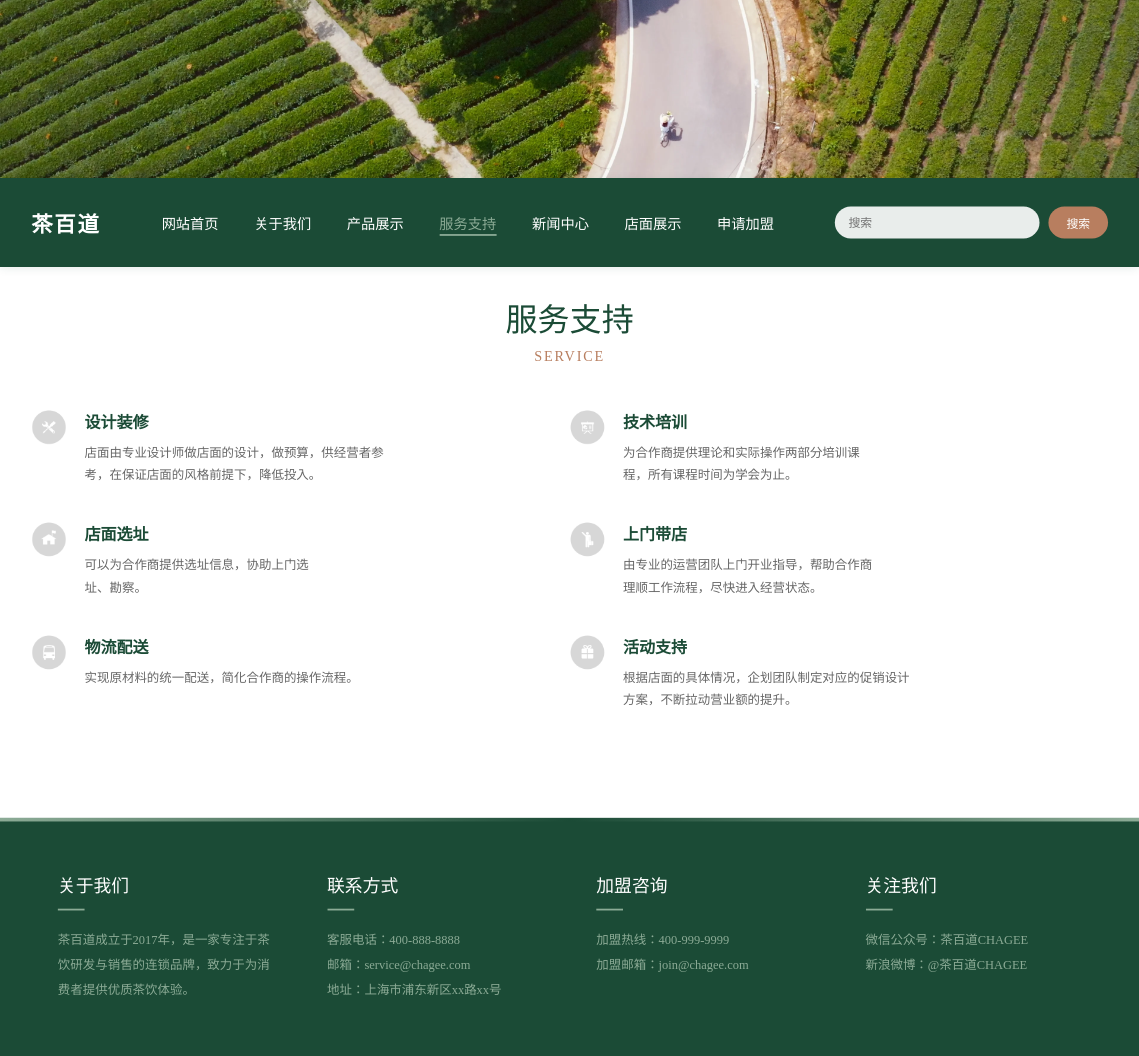
Repository: huang-heavenly-Emperor/chabaidao
Page: service.html
These files come from the project's save history. The page is drawn as it stood at one moment and after the next save; the edit follows.
The browser window is 1280 px wide. The pictures show the whole page, at 89% of full size.

Above is the page before, as saved 2024-12-13 19:24:12.

### service.html
<!DOCTYPE html>
<html>
<head>
    <meta charset="UTF-8">
    <title>服务支持 - 茶百道</title>
    <link rel="stylesheet" href="css/common.css">
    <link rel="stylesheet" href="css/pages/service.css">
</head>
<body>
    <div class="container">
        <!-- 头部区域 -->
        <div class="header">
            <div class="top-banner">
                <img src="./images/common/header-bg.webp" alt="顶部横幅">
            </div>
            <div class="nav">
                <div class="nav-content">
                    <div class="logo">
                        <h1>茶百道</h1>
                    </div>
                    <ul class="nav-list">
                        <li><a href="./index.html">网站首页</a></li>
                        <li><a href="./about.html">关于我们</a></li>
                        <li><a href="./products.html">产品展示</a></li>
                        <li><a href="./service.html" class="active">服务支持</a></li>
                        <li><a href="./news.html">新闻中心</a></li>
                        <li><a href="./stores.html">店面展示</a></li>
                        <li><a href="./join.html">申请加盟</a></li>
                    </ul>
                    <div class="search">
                        <input type="text" placeholder="搜索">
                        <button>搜索</button>
                    </div>
                </div>
            </div>
        </div>

        <!-- 主要内容 -->
        <div class="main">
            <div class="service-title">
                <h2>服务支持</h2>
                <p>SERVICE</p>
            </div>

            <div class="service-content">
                <ul class="service-left">
                    <li class="dian1">
                        <h3>设计装修</h3>
                        <span>店面由专业设计师做店面的设计，做预算，供经营者参<br>考，在保证店面的风格前提下，降低投入。</span>
                    </li>
                    <li class="dian2">
                        <h3>店面选址</h3>
                        <span>可以为合作商提供选址信息，协助上门选<br>址、勘察。</span>
                    </li>
                    <li class="dian3">
                        <h3>物流配送</h3>
                        <span>实现原材料的统一配送，简化合作商的操作流程。</span>
                    </li>
                </ul>

                <ul class="service-right">
                    <li class="dian4">
                        <h3>技术培训</h3>
                        <span>为合作商提供理论和实际操作两部分培训课<br>程，所有课程时间为学会为止。</span>
                    </li>
                    <li class="dian5">
                        <h3>上门带店</h3>
                        <span>由专业的运营团队上门开业指导，帮助合作商<br>理顺工作流程，尽快进入经营状态。</span>
                    </li>
                    <li class="dian6">
                        <h3>活动支持</h3>
                        <span>根据店面的具体情况，企划团队制定对应的促销设计<br>方案，不断拉动营业额的提升。</span>
                    </li>
                </ul>
            </div>
        </div>

        <!-- 底部区域 -->
        <div class="footer">
            <div class="footer-content">
                <div class="footer-section">
                    <h3>关于我们</h3>
                    <p>茶百道成立于2017年，是一家专注于茶饮研发与销售的连锁品牌，致力于为消费者提供优质茶饮体验。</p>
                </div>
                <div class="footer-section">
                    <h3>联系方式</h3>
                    <p>客服电话：400-888-8888</p>
                    <p>邮箱：service@chagee.com</p>
                    <p>地址：上海市浦东新区xx路xx号</p>
                </div>
                <div class="footer-section">
                    <h3>加盟咨询</h3>
                    <p>加盟热线：400-999-9999</p>
                    <p>加盟邮箱：join@chagee.com</p>
                </div>
                <div class="footer-section">
                    <h3>关注我们</h3>
                    <p>微信公众号：茶百道CHAGEE</p>
                    <p>新浪微博：@茶百道CHAGEE</p>
                </div>
            </div>
        </div>

        <!-- 返回顶部按钮 -->
        <div class="back-top"></div>
    </div>
    <script src="js/back-to-top.js"></script>
</body>
</html>

### css/common.css
/* 默认样式重置 */
* {
    margin: 0;
    padding: 0;
}

body {
    font-size: 16px;
    color: #333;
    background: #fff;
}

img {
    border: none;
}

ul, li {
    list-style: none;
}

a {
    text-decoration: none;
    color: #333;
}

h1, h2, h3, h4, h5, h6 {
    font-weight: normal;
}



/* 通用标题样式 */
.section-title {
    text-align: center;
    padding: 50px 0 30px;
    position: relative;
    display: flex;
    align-items: center;
    justify-content: center;
    flex-direction: column;
}

.section-title h2 {
    font-size: 32px;
    color: #1B4B36;
    margin-bottom: 10px;
    font-weight: bold;
}

.section-title .en-title {
    color: #8CAB96;
    font-size: 16px;
    letter-spacing: 2px;
    text-transform: uppercase;
    position: relative;
    display: flex;
    align-items: center;
    padding: 0 20px;
}

.section-title .en-title:before,
.section-title .en-title:after {
    content: '';
    height: 1px;
    width: 100px;
    background: #B87E5F;
    margin: 0 20px;
}

/* 调整各个部分的标题内边距 */
.about-section .section-title,
.story-section .section-title,
.advantage-section .section-title,
.products-section .section-title,
.news-section .section-title,
.join-section .section-title {
    padding-top: 0;
}



/* 头部样式 */
.header {
    width: 100%;
}

.top-banner {
    width: 100%;
    height: 200px;
    overflow: hidden;
}

.top-banner img {
    width: 100%;
    height: 100%;
    object-fit: cover;
}

.nav {
    width: 100%;
    height: 100px;
    background: #1B4B36;
    position: sticky;
    top: 0;
    z-index: 100;
    box-shadow: 0 2px 10px rgba(27, 75, 54, 0.1);
}

.nav-content {
    width: 1210px;
    margin: 0 auto;
    display: flex;
    justify-content: space-between;
    align-items: center;
    height: 100%;
}

.logo {
    color: #fff;
}

.logo h1 {
    font-size: 24px;
    font-weight: bold;
    letter-spacing: 2px;
}

.nav-list {
    display: flex;
    list-style: none;
}

.nav-list li a {
    color: #fff;
    text-decoration: none;
    padding: 0 20px;
    font-size: 16px;
    transition: all 0.3s;
    position: relative;
}

.nav-list li a:hover,
.nav-list li a.active {
    color: #8CAB96;
}

.nav-list li a:after {
    content: '';
    position: absolute;
    bottom: -5px;
    left: 50%;
    transform: translateX(-50%);
    width: 0;
    height: 2px;
    background: #8CAB96;
    transition: width 0.3s;
}

.nav-list li a:hover:after,
.nav-list li a.active:after {
    width: calc(100% - 40px);
}

.nav-list li a.active {
    font-weight: 500;
}

.search {
    display: flex;
    align-items: center;
}

.search input {
    width: 200px;
    height: 36px;
    padding: 0 15px;
    border: none;
    border-radius: 18px;
    outline: none;
    background: rgba(255, 255, 255, 0.9);
}

.search button {
    height: 36px;
    padding: 0 20px;
    margin-left: 10px;
    border: none;
    border-radius: 18px;
    background: #B87E5F;
    color: #fff;
    cursor: pointer;
    transition: background 0.3s;
}

.search button:hover {
    background: #9a6547;
}

/* 底部样式 */
.footer {
    background: #1B4B36;
    padding: 60px 0;
    margin-top: 50px;
    position: relative;
}

.footer:before {
    content: '';
    position: absolute;
    top: 0;
    left: 0;
    width: 100%;
    height: 4px;
    background: linear-gradient(90deg, #8CAB96, #1B4B36, #8CAB96);
}

.footer-content {
    width: 1210px;
    margin: 0 auto;
    display: flex;
    justify-content: space-between;
}

.footer-section {
    flex: 1;
    padding: 0 30px;
}

.footer-section h3 {
    color: #fff;
    font-size: 20px;
    margin-bottom: 20px;
    position: relative;
    padding-bottom: 15px;
}

.footer-section h3:after {
    content: '';
    position: absolute;
    bottom: 0;
    left: 0;
    width: 30px;
    height: 2px;
    background: #8CAB96;
    transition: width 0.3s;
}

.footer-section:hover h3:after {
    width: 50px;
}

.footer-section p {
    color: #8CAB96;
    line-height: 2;
    font-size: 14px;
}

/* 返回顶部按钮 */
.back-top {
    position: fixed;
    right: 40px;
    bottom: 40px;
    width: 50px;
    height: 50px;
    background: #b87e5f;
    color: #fff;
    text-align: center;
    line-height: 50px;
    border-radius: 50%;
    cursor: pointer;
    transition: all 0.3s;
    opacity: 0;
    visibility: hidden;
    z-index: 999;
    font-size: 20px;
    box-shadow: 0 2px 10px rgba(0,0,0,0.1);
}

.back-top:hover {
    background: #9a6547;
    transform: translateY(-5px);
}

.back-top.show {
    opacity: 1;
    visibility: visible;
}

.back-top:after {
    content: '↑';
    display: block;
    color: #fff;
    font-size: 20px;
    line-height: 50px;
}

### css/pages/service.css
/* 主要内容 */
.main {
    width: 1210px;
    margin: 0 auto;
    padding: 30px 0;
}

/* 标题样式 */
.service-title {
    text-align: center;
    margin-bottom: 50px;
}

.service-title h2 {
    font-size: 36px;
    color: #1B4B36;
    margin-bottom: 10px;
}

.service-title p {
    color: #B87E5F;
    font-size: 16px;
    letter-spacing: 2px;
}

/* 服务内容 */
.service-content {
    width: 100%;
    overflow: hidden;
}

.service-left, .service-right {
    width: 50%;
    float: left;
}

/* 服务项目样式 */
.service-left li, .service-right li {
    margin-bottom: 40px;
    padding-left: 60px;
    position: relative;
    min-height: 50px;
}

/* 图标样式 */
.dian1, .dian2, .dian3, .dian4, .dian5, .dian6 {
    background-repeat: no-repeat;
    background-position: left top;
    background-size: 40px;
}

.dian1 { background-image: url('../../images/service/dian1.png'); }
.dian2 { background-image: url('../../images/service/hdian2.png'); }
.dian3 { background-image: url('../../images/service/dian3.png'); }
.dian4 { background-image: url('../../images/service/dian4.png'); }
.dian5 { background-image: url('../../images/service/dian5.png'); }
.dian6 { background-image: url('../../images/service/dian6.png'); }

/* 文字样式 */
.service-left li h3, .service-right li h3 {
    font-size: 18px;
    color: #1B4B36;
    margin-bottom: 10px;
    font-weight: bold;
}

.service-left li span, .service-right li span {
    color: #666;
    line-height: 1.8;
    font-size: 14px;
    display: block;
}

### js/back-to-top.js
// 获取返回顶部按钮元素
var backTop = document.querySelector('.back-top');

// 监听滚动事件
window.addEventListener('scroll', function() {
    // 当页面滚动超过300px时显示按钮
    if (window.pageYOffset > 300) {
        backTop.classList.add('show');
    } else {
        backTop.classList.remove('show');
    }
});

// 点击返回顶部
backTop.addEventListener('click', function() {
    // 平滑滚动到顶部
    window.scrollTo({
        top: 0,
        behavior: 'smooth'
    });
});

After the next save:
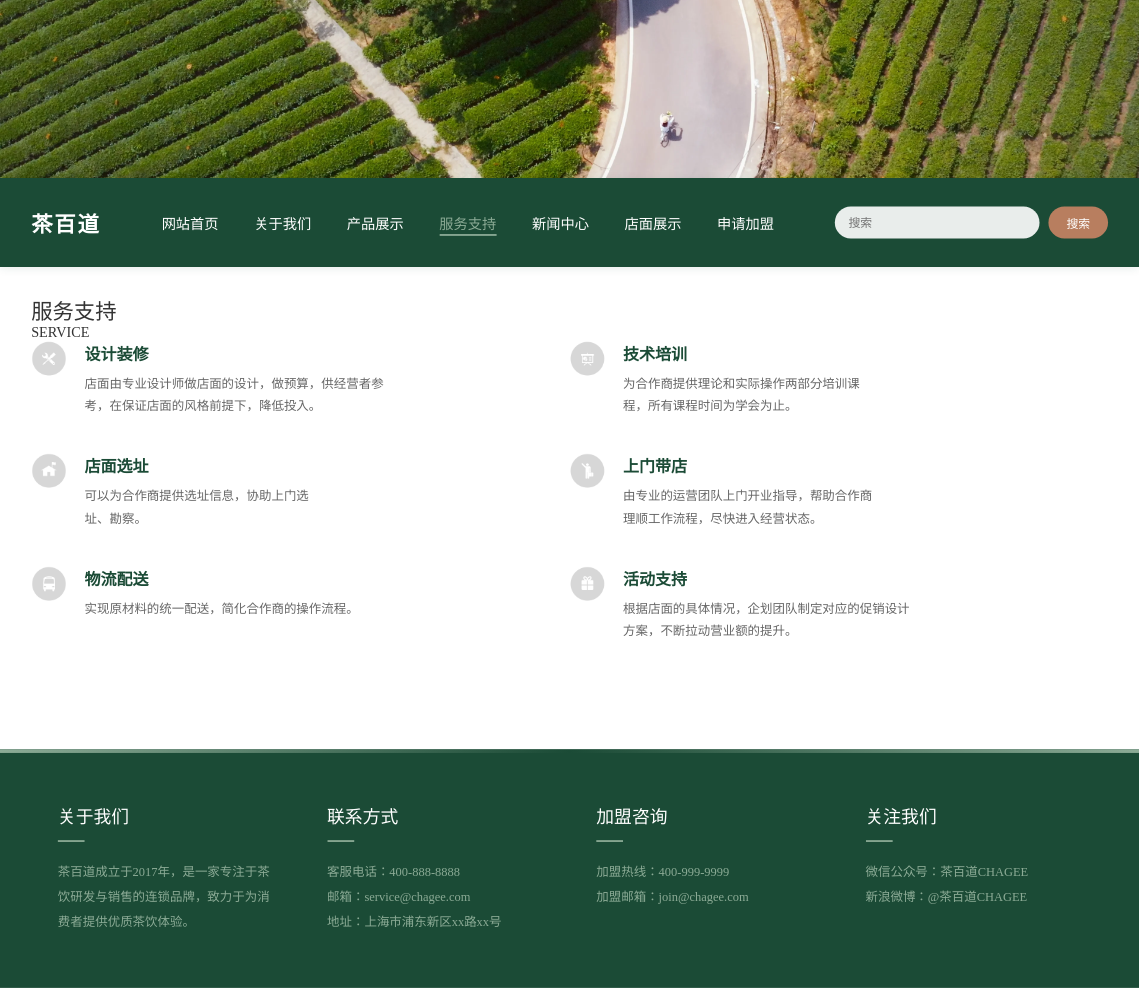
Saved 46 s later.
--- a/css/pages/service.css
+++ b/css/pages/service.css
@@ -3,24 +3,6 @@
     width: 1210px;
     margin: 0 auto;
     padding: 30px 0;
-}
-
-/* 标题样式 */
-.service-title {
-    text-align: center;
-    margin-bottom: 50px;
-}
-
-.service-title h2 {
-    font-size: 36px;
-    color: #1B4B36;
-    margin-bottom: 10px;
-}
-
-.service-title p {
-    color: #B87E5F;
-    font-size: 16px;
-    letter-spacing: 2px;
 }
 
 /* 服务内容 */
